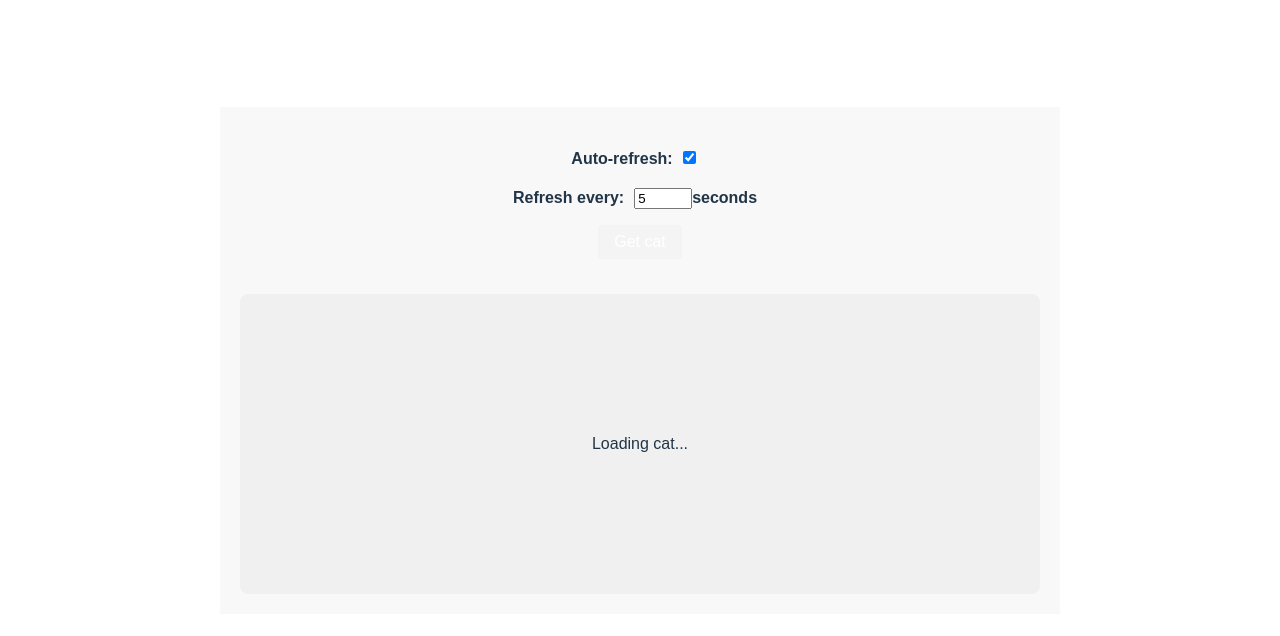
Repository: Pharaoh5/test-assignment5
Page: /
These files come from the project's save history. The page is drawn as it stood at one moment and after a run of saves; the edit follows.
The browser window is 1280 px wide. The pictures show the whole page.
The page's requests for data from a server got no answer. The project was rebuilt for these pictures with package versions that can differ from the ones it lists, and the page was loaded fresh each time. No one was signed in, and anything a server would have sent is missing. Also part of the build but not shown: vite.config.ts.

Above is the page before, as saved 2025-04-08 19:21:30.

After the next 2 saves:
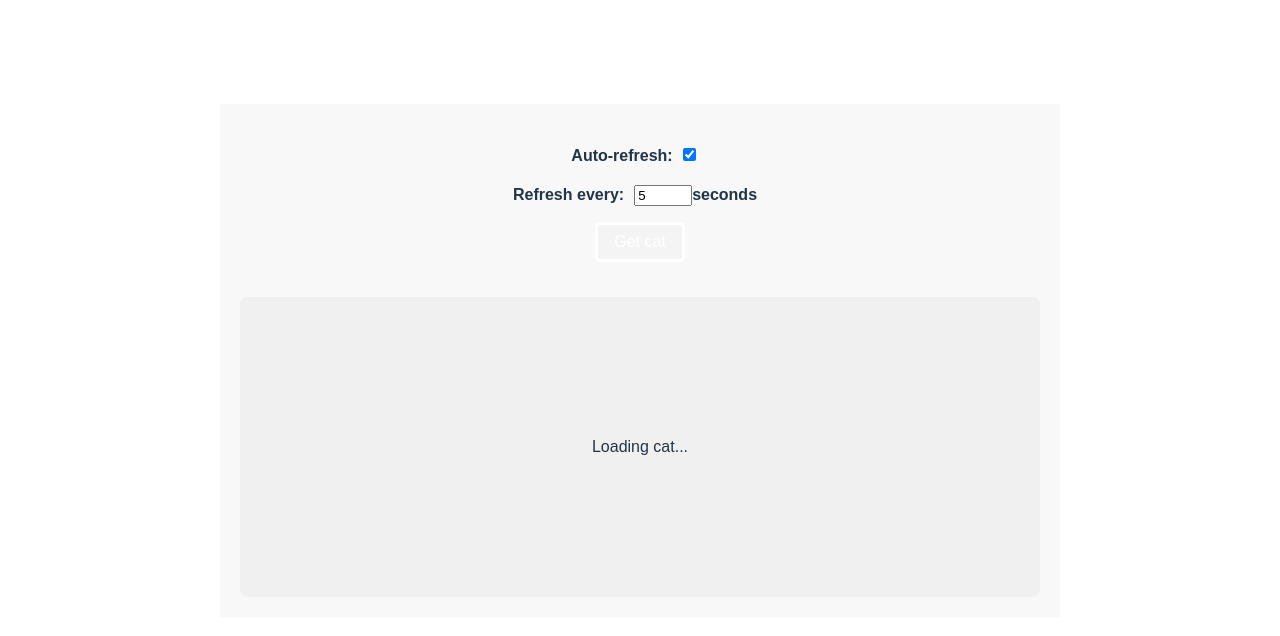
The 2 saves are shown as one change because they came seconds apart.
The last was saved 61 s later.
--- a/src/components/Controls.tsx
+++ b/src/components/Controls.tsx
@@ -22,6 +22,7 @@ const Button = styled.button`
   border-radius: 4px;
   cursor: pointer;
   font-size: 16px;
+  border: solid;
 
   &:hover {
     background-color:rgb(24, 24, 24);
